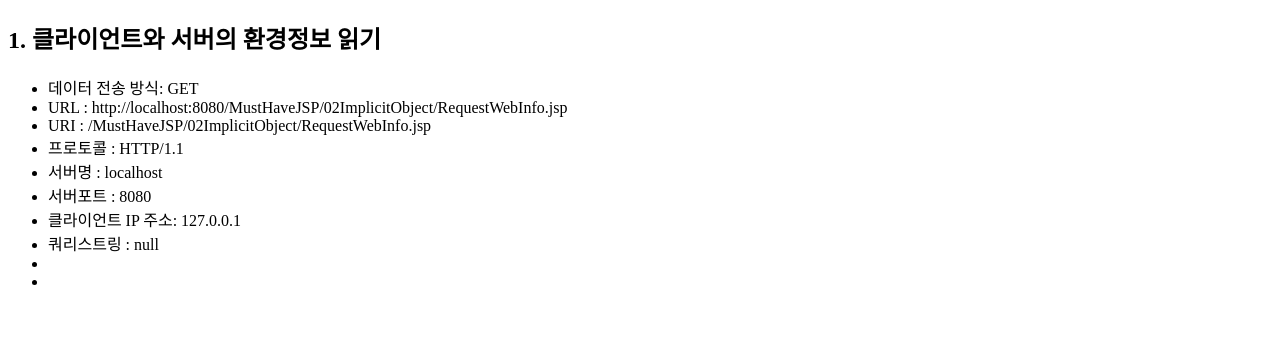
Repository: devgolol/JSP-_Servlet
Page: http://localhost/MustHaveJSP/02ImplicitObject/RequestWebInfo.jsp
The author's editor kept a copy of each file at every save. The page is drawn from the files as they stood at one save, then again after the next save.
The browser window is 1280 px wide. The pictures show the whole page.
The page is served by Tomcat 10.

Above is the page before, as saved 2025-05-02 06:03:27.

After the next save:
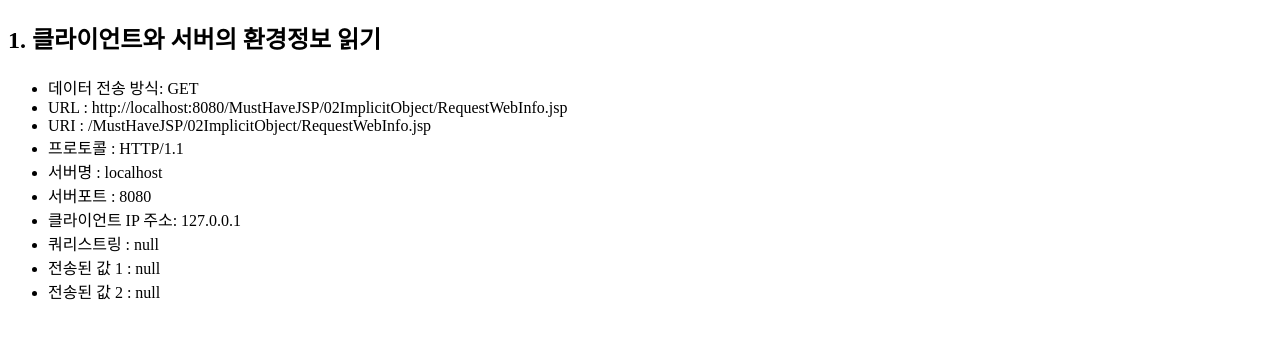
Saved 48 s later.
--- a/MustHaveJSP/src/main/webapp/02ImplicitObject/RequestWebInfo.jsp
+++ b/MustHaveJSP/src/main/webapp/02ImplicitObject/RequestWebInfo.jsp
@@ -17,8 +17,8 @@
 		<li>서버포트 : <%= request.getServerPort() %></li>
 		<li>클라이언트 IP 주소: <%= request.getRemoteAddr() %></li>
 		<li>쿼리스트링 : <%= request.getQueryString() %></li>
-		<li></li>
-		<li></li>
+		<li>전송된 값 1 : <%=request.getParameter("eng") %></li>
+		<li>전송된 값 2 : <%=request.getParameter("han") %> </li>
 	</ul>
 
 </body>
